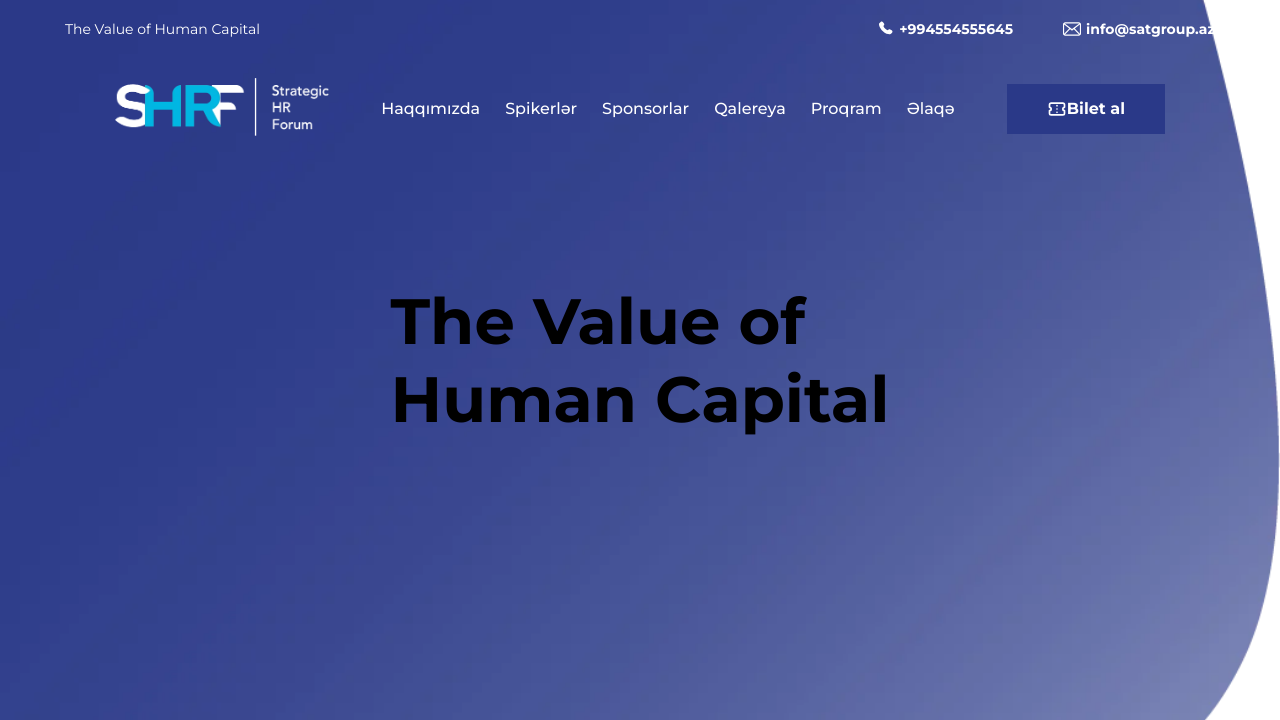
Repository: allahverdiyevabdulhasan/shrf
Page: /
These files come from the project's save history. The page is drawn as it stood at one moment and after the next save; the edit follows.
The browser window is 1280 px wide. The pictures show the whole page.
The project was rebuilt for these pictures with package versions that can differ from the ones it lists, and the page was loaded fresh each time. Also part of the build but not shown: vite.config.js, src/App.css.

Above is the page before, as saved 2024-08-16 10:11:59.

### src/App.jsx
import './App.css'
import Header from './components/Header'
import Intro from './components/Intro'

function App() {

  return (
    <div id='page'>
      <Header />
      <Intro />
    </div>
  )
}

export default App

### src/index.css
@import url('https://fonts.googleapis.com/css2?family=Montserrat:ital,wght@0,100..900;1,100..900&display=swap');

* {
  margin: 0;
  box-sizing: border-box;
  padding: 0;
  font-family: Montserrat;
  transition: all .4s ease-in-out;
}

:root {
  --globalPrimary: #2a3988;
}

ul {
  padding: 0;
  list-style: none;
}

a {
  color: #fff;
  text-decoration: none;
}

button {
  cursor: pointer;
}

.container {
  max-width: 1170px;
  margin: 0 auto;
  padding: 0 10px;
}

.buy__button {
  display: flex;
  align-items: center;
  border: 0;
  background: var(--globalPrimary);
  font-size: 16px;
  font-weight: 700;
  color: #fff;
  padding: 15px 40px;

  &:hover {
    box-shadow: 0 3px 10px 3px #fff;
    transform: translateY(-3px);
  }
}

### src/components/Header/index.jsx

import s from './style.module.css'

export default function Header() {


    return (
        <header className='container'>
            <div className={s.top}>
                <div className={s.top__left}>
                    The Value of Human Capital
                </div>
                <div className={s.top__right}>
                    <ul>
                        <li>
                            <a href="tel:+994554555645">
                            <svg width={18} viewBox="0 0 24 24" fill="none" xmlns="http://www.w3.org/2000/svg"><g id="SVGRepo_bgCarrier" stroke-width="0"></g><g id="SVGRepo_tracerCarrier" stroke-linecap="round" stroke-linejoin="round"></g><g id="SVGRepo_iconCarrier"> <path d="M16.5562 12.9062L16.1007 13.359C16.1007 13.359 15.0181 14.4355 12.0631 11.4972C9.10812 8.55901 10.1907 7.48257 10.1907 7.48257L10.4775 7.19738C11.1841 6.49484 11.2507 5.36691 10.6342 4.54348L9.37326 2.85908C8.61028 1.83992 7.13596 1.70529 6.26145 2.57483L4.69185 4.13552C4.25823 4.56668 3.96765 5.12559 4.00289 5.74561C4.09304 7.33182 4.81071 10.7447 8.81536 14.7266C13.0621 18.9492 17.0468 19.117 18.6763 18.9651C19.1917 18.9171 19.6399 18.6546 20.0011 18.2954L21.4217 16.883C22.3806 15.9295 22.1102 14.2949 20.8833 13.628L18.9728 12.5894C18.1672 12.1515 17.1858 12.2801 16.5562 12.9062Z" fill="#ffffff"></path> </g></svg>
                            +994554555645</a>
                        </li>
                        <li>
                            <a href="mailto:info@satgroup.az">
                            <svg width={18} viewBox="0 -4 32 32" version="1.1" xmlns="http://www.w3.org/2000/svg" xmlns:xlink="http://www.w3.org/1999/xlink" xmlns:sketch="http://www.bohemiancoding.com/sketch/ns" fill="#000000"><g id="SVGRepo_bgCarrier" stroke-width="0"></g><g id="SVGRepo_tracerCarrier" stroke-linecap="round" stroke-linejoin="round"></g><g id="SVGRepo_iconCarrier"> <title>mail</title> <desc>Created with Sketch Beta.</desc> <defs> </defs> <g id="Page-1" stroke="none" stroke-width="1" fill="none" fill-rule="evenodd" sketch:type="MSPage"> <g id="Icon-Set" sketch:type="MSLayerGroup" transform="translate(-412.000000, -259.000000)" fill="#ffffff"> <path d="M442,279 C442,279.203 441.961,279.395 441.905,279.578 L433,270 L442,263 L442,279 L442,279 Z M415.556,280.946 L424.58,271.33 L428,273.915 L431.272,271.314 L440.444,280.946 C440.301,280.979 415.699,280.979 415.556,280.946 L415.556,280.946 Z M414,279 L414,263 L423,270 L414.095,279.578 C414.039,279.395 414,279.203 414,279 L414,279 Z M441,261 L428,271 L415,261 L441,261 L441,261 Z M440,259 L416,259 C413.791,259 412,260.791 412,263 L412,279 C412,281.209 413.791,283 416,283 L440,283 C442.209,283 444,281.209 444,279 L444,263 C444,260.791 442.209,259 440,259 L440,259 Z" id="mail" sketch:type="MSShapeGroup"> </path> </g> </g> </g></svg>
                                info@satgroup.az</a>
                            </li>
                    </ul>
                </div>
            </div>
            <div className={s.header__items}>
                <div className={s.logo}>
                    <a href="/"><img src="./public/assets/img/logo.webp" alt="Logo" /></a>
                </div>
                <nav>
                    <ul>
                        <li><a href="">Haqqımızda</a></li>
                        <li><a href="">Spikerlər</a></li>
                        <li><a href="">Sponsorlar</a></li>
                        <li><a href="">Qalereya</a></li>
                        <li><a href="">Proqram</a></li>
                        <li><a href="">Əlaqə</a></li>
                    </ul>
                </nav>
                <button className='buy__button'>
                <svg width={20} viewBox="0 0 24 24" fill="none" xmlns="http://www.w3.org/2000/svg"><g id="SVGRepo_bgCarrier" stroke-width="0"></g><g id="SVGRepo_tracerCarrier" stroke-linecap="round" stroke-linejoin="round"></g><g id="SVGRepo_iconCarrier"> <path d="M12 16H12.01M12 12H12.01M12 8H12.01M21 14V17C21 18.1046 20.1046 19 19 19H5C3.89543 19 3 18.1046 3 17V14C4.10457 14 5 13.1046 5 12C5 10.8954 4.10457 10 3 10V7C3 5.89543 3.89543 5 5 5H19C20.1046 5 21 5.89543 21 7V10C19.8954 10 19 10.8954 19 12C19 13.1046 19.8954 14 21 14Z" stroke="#ffffff" stroke-width="2" stroke-linecap="round" stroke-linejoin="round"></path> </g></svg>
                    Bilet al
                </button>
            </div>

        </header>
    )
}

### src/components/Intro/index.jsx
import s from './style.module.css'

export default function Intro() {


    return (
        <div className={s.intro}>
            <div className={s.intro__content}>
                <h1>
                    The Value of
                    <br />
                    <span>Human Capital</span>
                </h1>
            </div>
        </div>
    )
}

### src/components/Header/style.module.css
header {
    position: fixed;
    inset: 0;
}

.top {
    display: flex;
    justify-content: space-between;
    align-items: center;
    padding: 20px 0;
    color: #fff;
    font-size: 14px;
}

.top__right {
    & a,
    & ul {
        display: flex;
        align-items: center;
        font-weight: 700;
    }

    & li {
        margin: 0 0 0 50px;
    }

    & svg {
        margin: 0 5px 0 0;
    }

    & a:hover {
        text-shadow: 0 0 10px #fff;

    }
}


.header__items {
    display: flex;
    padding: 20px 50px;
    align-items: center;
    justify-content: space-between;

    & .logo{
        max-width: 214px;
        & img{
            width: 100%;
        }
    }

    & ul {
        display: flex;
        & li{
            margin: 0 25px 0 0;
            position: relative;
            &::after{
                content: '';
                position: absolute;
                bottom: 0;
                left: 0;
                width: 0;
                height: 3px;
                border-radius: 3px;
                background-color: #00FFF0;
                transition: all .4s ease-in-out;
            }
            &:hover{
                & a{
                    color: #00FFF0;
                }
                &::after{
                    width: 100%;
                }
            }
            & a{
                display: inline-block;
                padding: 10px 0;
                font-weight: 500;
            }
            &:last-child{
                margin: 0;
            }
        }
    }
}

### src/components/Intro/style.module.css
.intro{
    min-height: 100vh;
    background: url('./../../../public/assets/img/introBg.webp') center/cover;
    display: flex;
    align-items: center;
    justify-content: center;

    & h1{
        font-size: clamp(45px, 5vw, 100px);
    }
}

Loaded but not shown: index.html (common file); src/main.jsx (common file)

After the next save:
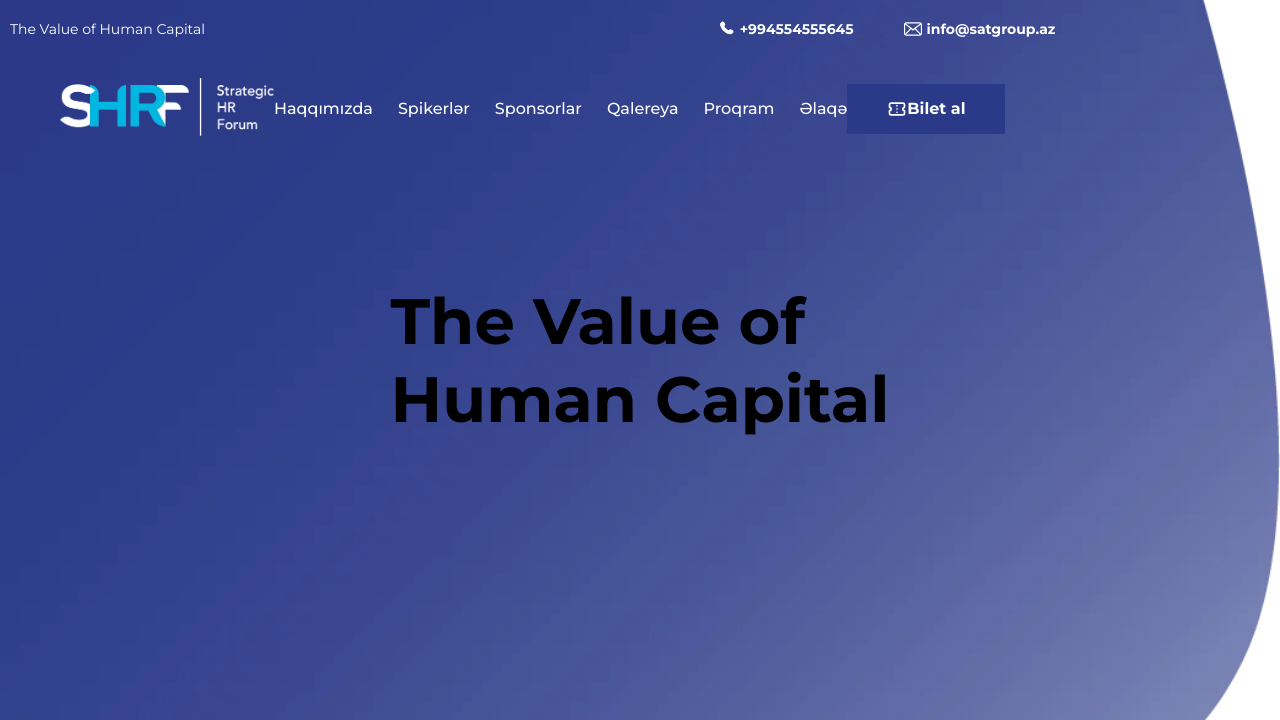
Saved 30 s later.
--- a/src/components/Header/style.module.css
+++ b/src/components/Header/style.module.css
@@ -1,6 +1,7 @@
 header {
     position: fixed;
-    inset: 0;
+    top: 0;
+    left: 0;
 }
 
 .top {
